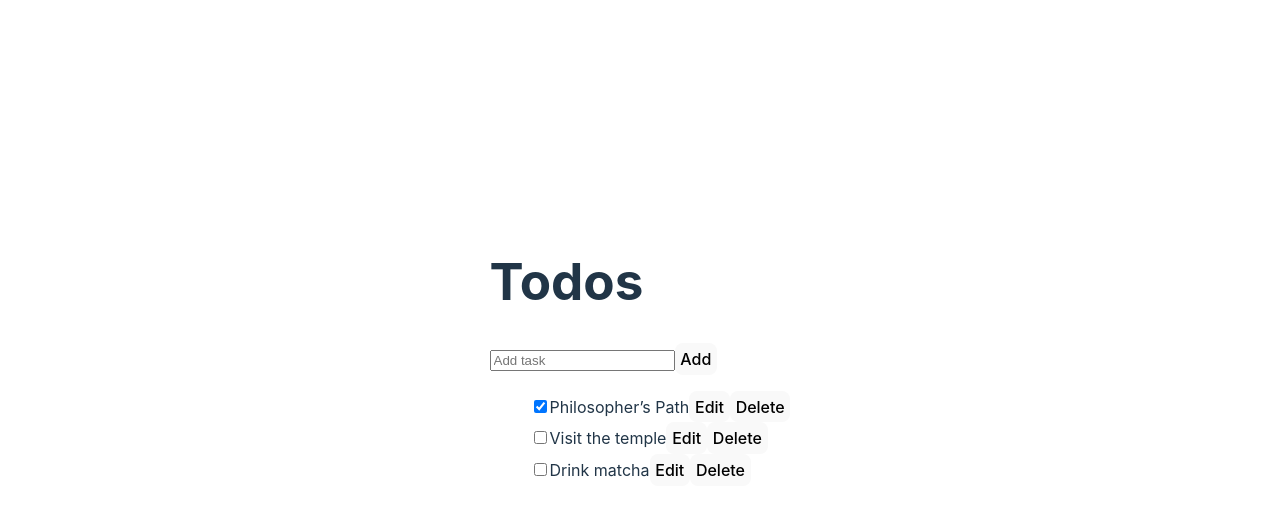
Repository: gitdumi/react-reducer
Page: /
These files come from the project's save history. The page is drawn as it stood at one moment and after a run of saves; the edit follows.
The browser window is 1280 px wide. The pictures show the whole page.
The project was rebuilt for these pictures with package versions that can differ from the ones it lists, and the page was loaded fresh each time. Also part of the build but not shown: vite.config.js.

Above is the page before, as saved 2023-03-16 14:30:52.

### src/App.jsx
import './App.css'
import AddTask from './components/AddTask';
import TaskList from './components/TaskList';
import { useReducer } from 'react';


let nextId = 3;
const initialTasks = [
  { id: 0, text: 'Philosopher’s Path', done: true },
  { id: 1, text: 'Visit the temple', done: false },
  { id: 2, text: 'Drink matcha', done: false }
];

function App() {
  const [tasks, dispatch] = useReducer(
    tasksReducer,
    initialTasks
  );

  function handleAddTask(text) {
    dispatch({
      type: 'added',
      id: nextId++,
      text: text,
    });
  }

  function handleChangeTask(task) {
    dispatch({
      type: 'changed',
      task: task
    });
  }

  function handleDeleteTask(taskId) {
    dispatch({
      type: 'deleted',
      id: taskId
    });
  }

  return (
    <>
      <h1>Todos</h1>
      <AddTask
        onAddTask={handleAddTask}
      />
      <TaskList
        tasks={tasks}
        onChangeTask={handleChangeTask}
        onDeleteTask={handleDeleteTask}
      />
    </>
  );
}

function tasksReducer(tasks, action) {
  switch (action.type) {
    case 'added': {
      return [...tasks, {
        id: action.id,
        text: action.text,
        done: false
      }];
    }
    case 'changed': {
      return tasks.map(t => {
        if (t.id === action.task.id) {
          return action.task;
        } else {
          return t;
        }
      });
    }
    case 'deleted': {
      return tasks.filter(t => t.id !== action.id);
    }
    default: {
      throw Error('Unknown action: ' + action.type);
    }
  }
}

export default App

### src/index.css
:root {
  font-family: Inter, system-ui, Avenir, Helvetica, Arial, sans-serif;
  line-height: 1.5;
  font-weight: 400;

  color-scheme: light dark;
  color: rgba(255, 255, 255, 0.87);
  background-color: #242424;

  font-synthesis: none;
  text-rendering: optimizeLegibility;
  -webkit-font-smoothing: antialiased;
  -moz-osx-font-smoothing: grayscale;
  -webkit-text-size-adjust: 100%;
}

a {
  font-weight: 500;
  color: #646cff;
  text-decoration: inherit;
}
a:hover {
  color: #535bf2;
}

body {
  margin: 0;
  display: flex;
  place-items: center;
  min-width: 320px;
  min-height: 100vh;
}

h1 {
  font-size: 3.2em;
  line-height: 1.1;
}

button {
  border-radius: 8px;
  border: 1px solid transparent;
  padding: 0.3rem;
  font-size: 1em;
  font-weight: 500;
  font-family: inherit;
  background-color: #1a1a1a;
  cursor: pointer;
  transition: border-color 0.25s;
}
button:hover {
  border-color: #646cff;
}
button:focus,
button:focus-visible {
  outline: 4px auto -webkit-focus-ring-color;
}

@media (prefers-color-scheme: light) {
  :root {
    color: #213547;
    background-color: #ffffff;
  }
  a:hover {
    color: #747bff;
  }
  button {
    background-color: #f9f9f9;
  }
}

### src/App.css
#root {
  max-width: 1280px;
  margin: 0 auto;
  padding: 2rem;
  text-align: left;
}

ul {
  list-style: none;
}

### src/components/AddTask.js
import { useState } from 'react';

export default function AddTask({ onAddTask }) {
  const [text, setText] = useState('');
  return (
    <>
      <input
        placeholder="Add task"
        value={text}
        onChange={e => setText(e.target.value)}
      />
      <button onClick={() => {
        setText('');
        onAddTask(text);
      }}>Add</button>
    </>
  )
}

### src/components/TaskList.js
import { useState } from 'react';

export default function TaskList({
  tasks,
  onChangeTask,
  onDeleteTask
}) {
  return (
    <ul>
      {tasks.map(task => (
        <li key={task.id}>
          <Task
            task={task}
            onChange={onChangeTask}
            onDelete={onDeleteTask}
          />
        </li>
      ))}
    </ul>
  );
}

function Task({ task, onChange, onDelete }) {
  const [isEditing, setIsEditing] = useState(false);
  let taskContent;
  if (isEditing) {
    taskContent = (
      <>
        <input
          value={task.text}
          onChange={e => {
            onChange({
              ...task,
              text: e.target.value
            });
          }} />
        <button onClick={() => setIsEditing(false)}>
          Save
        </button>
      </>
    );
  } else {
    taskContent = (
      <>
        {task.text}
        <button onClick={() => setIsEditing(true)}>
          Edit
        </button>
      </>
    );
  }
  return (
    <label>
      <input
        type="checkbox"
        checked={task.done}
        onChange={e => {
          onChange({
            ...task,
            done: e.target.checked
          });
        }}
      />
      {taskContent}
      <button onClick={() => onDelete(task.id)}>
        Delete
      </button>
    </label>
  );
}

Loaded but not shown: index.html (common file); src/main.jsx (common file)

After the next 2 saves:
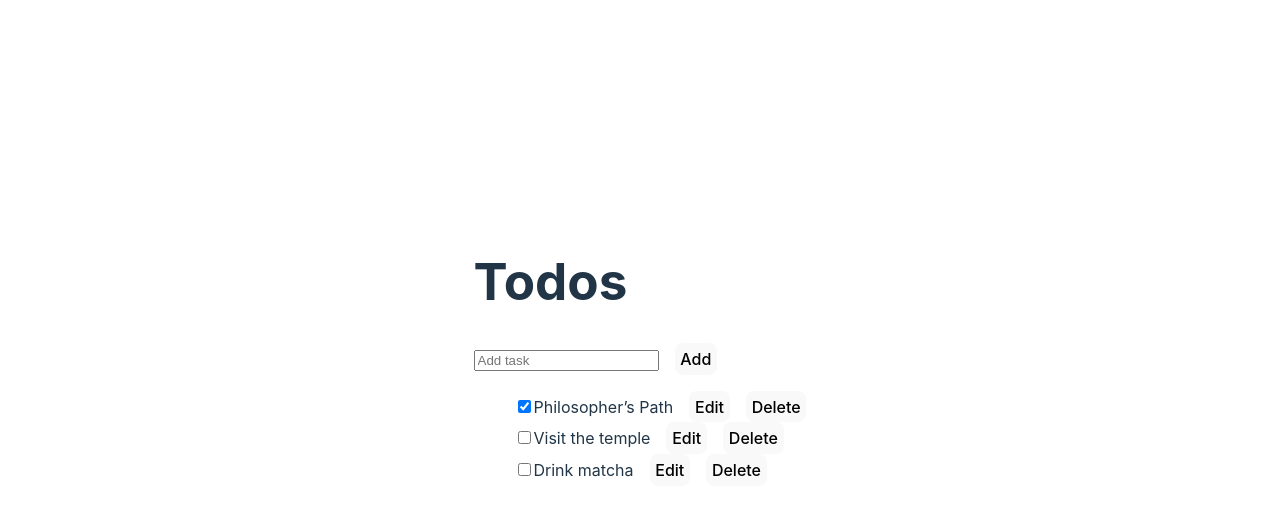
The 2 saves are shown as one change because they came seconds apart.
The last was saved 11 s later.
--- a/src/index.css
+++ b/src/index.css
@@ -40,6 +40,7 @@ button {
   border-radius: 8px;
   border: 1px solid transparent;
   padding: 0.3rem;
+  margin-left: 1rem;
   font-size: 1em;
   font-weight: 500;
   font-family: inherit;
